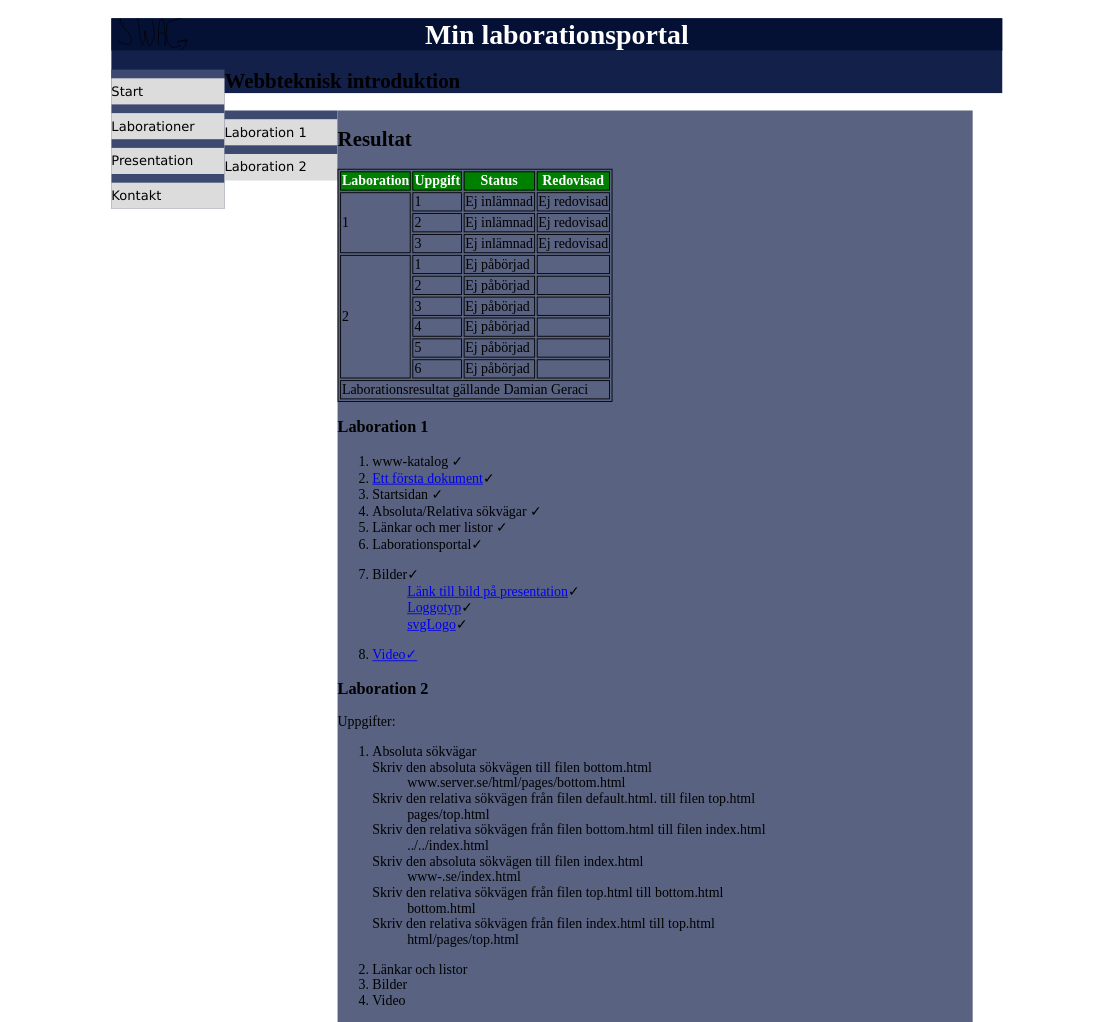
Repository: dg222dm/1ik415-laborationer
Page: pages/laborationer.html
The author's editor kept a record of every edit. The page is drawn from the files as they stood at one moment, then again after the next edit.
The browser window is 1280 px wide. The pictures show the whole page, at 87% of full size.

Above is the page before.

### pages/laborationer.html
<!doctype html>
<html lang="sv">
    <head>
        <link rel="stylesheet"  href="../css/style.css" />
        <meta charset="utf-8" />
        <title>Laborationer</title>
        <!--http://docs.webplatform.org/wiki/guides/html_tables -->
        <style>
        table,th,td
        {
        border:1px solid black;
        }
        </style>
    </head>

    <body>
    <div id="background">
    <div id="header">
        <h1>Min laborationsportal</h1>
    </div>

    <div id="nav">
<!--Lista med länkar -->
        <ul>
            <li><a href="../index.html">Start</a></li>
            <li><a href="laborationer.html">Laborationer</a></li>
            <li><a href="presentation.html">Presentation</a></li>
            <li><a href="kontakt.html">Kontakt</a></li>

<!--Slut på länk lista -->
        </ul>
    </div>
        <h2>Webbteknisk introduktion</h2>
    <div id="nav"
<!--Länklista med ID attributer-->
        <ul>
            <li><a href="#lab1">Laboration 1</a></li>
            <li><a href="#lab2">Laboration 2</a></li>
        </ul>
    </div>
    <div id="content">
    <article>
<!--Tabell med studieresultat -->
<!-- http://www.w3schools.com/tags/tryit.asp?filename=tryhtml_td_rowspan -->
        <h2>Resultat</h2>
        <table>
            <thead>
                <tr>
                    <th>Laboration</th>
                    <th>Uppgift</th>
                    <th>Status</th>
                    <th>Redovisad</th>
                </tr>
            </thead>
            <tbody>
                <tr>
                    <td rowspan="3">1</td>
                    <td>1</td>
                    <td>Ej inlämnad</td>
                    <td>Ej redovisad</td>

                </tr>
                <tr>
                    <td>2</td>
                    <td>Ej inlämnad</td>
                    <td>Ej redovisad</td>
                </tr>
                <tr>
                    <td>3</td>
                    <td>Ej inlämnad</td>
                    <td>Ej redovisad</td>
                </tr>
                <tr>
                    <td rowspan="6">2</td>
                    <td>1</td>
                    <td>Ej påbörjad</td>
                    <td></td>
                </tr>
                <tr>
                    <td>2</td>
                    <td>Ej påbörjad</td>
                    <td></td>
                </tr>
                <tr>
                    <td>3</td>
                    <td>Ej påbörjad</td>
                    <td></td>
                </tr>
                <tr>
                    <td>4</td>
                    <td>Ej påbörjad</td>
                    <td></td>
                </tr>
                <tr>
                    <td>5</td>
                    <td>Ej påbörjad</td>
                    <td></td>
                </tr>
                <tr>
                    <td>6</td>
                    <td>Ej påbörjad</td>
                    <td></td>
                </tr>
            </tbody>
            <tfoot>
                <tr>
                    <td colspan="4">Laborationsresultat gällande Damian Geraci</td>
                </tr>
            </tfoot>
        </table>
<!--Slut på länklista med ID attributer-->
        <h3><a id="lab1">Laboration 1</a></h3>
        <ol>
            <li>www-katalog &#x2713;</li>
            <li><a href="presentation.html">Ett första dokument</a>&#x2713;</li>
            <li>Startsidan &#x2713;</li>
            <li>Absoluta/Relativa sökvägar &#x2713;</li>
            <li>Länkar och mer listor &#x2713;</li>
            <li>Laborationsportal&#x2713;</li>
            <!-- fråga läraren om mellanrummet -->
            <li><dl>
                <dt>Bilder&#x2713;</dt>
                <dd><a href="presentation.html#lyra">Länk till bild på presentation</a>&#x2713;</dd>
                <dd><a href="../pics/LoggoLab1.png">Loggotyp</a>&#x2713;</dd>
                <dd><a href="../index.html#svgLogo">svgLogo</a>&#x2713;</dd>
            </dl></li>
            <li><a href="../index.html#motivation">Video&#x2713;</a></li>
        </ol>
        <h3><a id="lab2">Laboration 2</a></h3>

<!--Lista med Laborations uppgifter-->
        <p>Uppgifter:</p>
        <ol>
            <li><dl>
                    <dt>Absoluta sökvägar</dt>
                    <dt>Skriv den absoluta sökvägen till filen bottom.html</dt>
                    <dd>www.server.se/html/pages/bottom.html</dd>
                    <dt>Skriv den relativa sökvägen från filen default.html. till filen top.html</dt>
                    <dd>pages/top.html</dd>
                    <dt>Skriv den relativa sökvägen från filen bottom.html till filen index.html</dt>
                    <dd>../../index.html</dd>
                    <dt>Skriv den absoluta sökvägen till filen index.html</dt>
                    <dd>www-.se/index.html</dd>
                    <dt>Skriv den relativa sökvägen från filen top.html till bottom.html</dt>
                    <dd>bottom.html</dd>
                    <dt>Skriv den relativa sökvägen från filen index.html till top.html</dt>
                    <dd>html/pages/top.html</dd>
            </dl></li>
            <li>Länkar och listor</li>
            <li>Bilder</li>
            <li>Video</li>
        </ol>
    </article>
    </div>
    </div>
    </body>
</html>

### css/style.css
#header {
    width:1024px;
    background-color:#051035;
    color:white;
    text-align:center;
    background-image: url(../css/pics/svgLogo.svg);
    background-size: 100px 100px;
    background-position: left -20px;
    background-repeat: no-repeat;

}
#nav ul{
    line-height:30px;
    background-color:#3E496F;
    list-style-type: none;
    font-family: verdana;
    font-size:15px;
    float:left;
    margin: 0;
    padding:0;
}

#nav li{
    margin: 10px 0 0; /*Mellan rum mellan list items*/
}

.active {
    font-size:20px;
    text-align:center;
}

#nav a{
    display: block;
    width: 130px;
    background: #dcdcdc;
    text-decoration: none; /*tar bort understräcken*/
}

#nav a:link, #nav a:active, #nav a:visited {
    color: #000000;
}

#nav a:hover {
    border:1px solid #000000;
    background:#333333;
    color: #ffffff;
}

#background {
    width:1024px;
    height:auto;
    margin:0 auto;
    background-color:#13214A;
}



#footer {
    background-color:#051035;
    width:1024px;
    color:white;
    clear:both;
    text-align:center;

}

#content {
  width: 730px;
  float:left;
  background-color:#596381;
  height: auto;

}

.right {
    float: right;
    border:1px solid #021a40;
    padding: 1px;
}
.left {
    float: left;
    border:1px solid #021a40;
    padding: 1px;
}

.center {
    margin-left:220px;

  }

  table, td, th {
    border: 1px  solid;
}

th {
    background-color: green;
    color: white;
}
/*
header färg: #051035
nav fönster färg: #3E496F
bakgrundsfärg: #13214A
content färg: #596381
footer färg: #051035

*/

After the next edit:
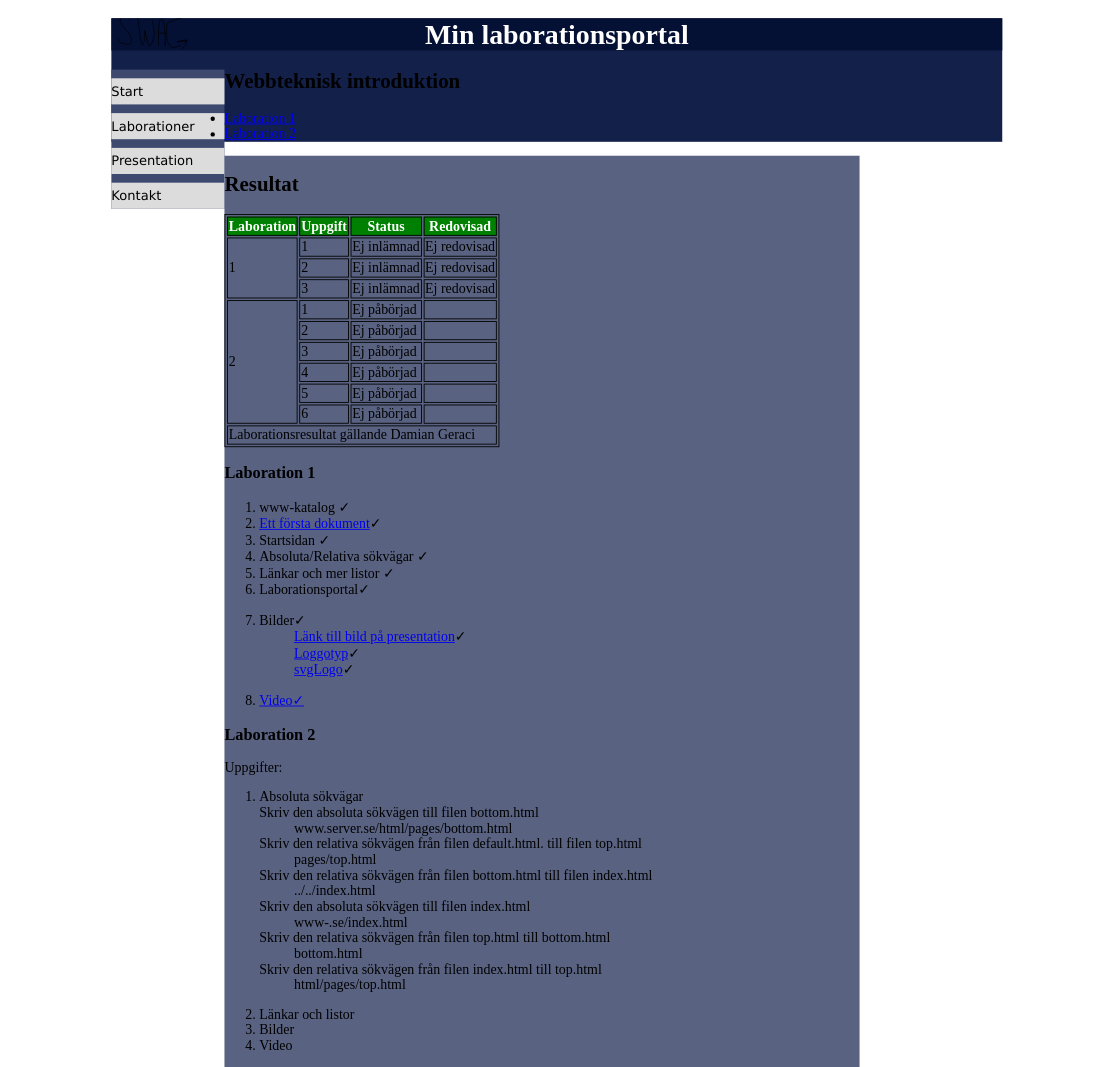
The edit:
--- a/pages/laborationer.html
+++ b/pages/laborationer.html
@@ -31,8 +31,7 @@
         </ul>
     </div>
         <h2>Webbteknisk introduktion</h2>
-    <div id="nav"
-<!--Länklista med ID attributer-->
+
         <ul>
             <li><a href="#lab1">Laboration 1</a></li>
             <li><a href="#lab2">Laboration 2</a></li>
